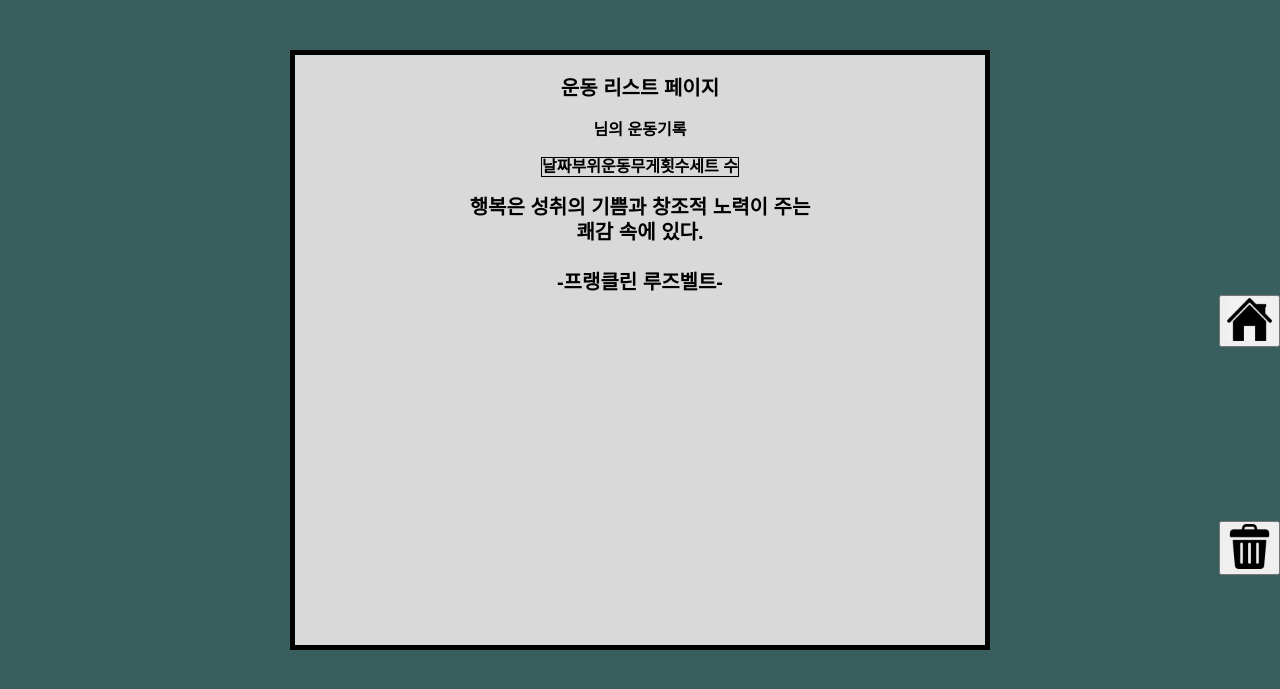
Repository: Up-Min/hrdkorea
Page: http://localhost/jsp_workout/wk_list.jsp
The author's editor kept a copy of each file at every save. The page is drawn from the files as they stood at one save, then again after the next save.
The browser window is 1280 px wide. The pictures show the whole page.
The page is served by Tomcat 9. Other server files are loaded and not shown. The template is opened directly, without the code that normally fills it, so the values that code supplies are empty.

Above is the page before, as saved 2022-12-31 06:49:03.

### jsp_workout/src/main/webapp/wk_list.jsp
<%@ page language="java" contentType="text/html; charset=UTF-8"
	pageEncoding="UTF-8"%>
<%@ taglib prefix="c" uri="http://java.sun.com/jsp/jstl/core"%>
<%@ page import="java.util.*"%>
<%@ page import="DTO.*"%>


<!DOCTYPE html>
<html style = "background-color: #385E5D;">
<head>
<meta charset="UTF-8">
<title>Insert title here</title>
<link rel="stylesheet" href="./css/style.css" />
</head>
<style>
.body{
	width: 700px;
	height: 600px;
	margin: 0 auto;
	background-color: #D9D9D9;
	color: black;
	text-align: center;
	border : 5px solid black;
}

.name{
	font-size: 20px;
	line-height: 30px;
}

table {
	border: 1px solid black;
	text-align: center;
	margin: 0 auto;
	padding : 3px;
}

table td{
	padding : 10px;
}

.change:hover{
	cursor: pointer;
}

.good{
	font-size: 20px;
	line-height: 25px;
}

.delete{
	position: absolute;
	right : 0;
	bottom: 75px;
}

.home{
	position: absolute;
	right : 0;

}

</style>


<body style = "background-color: #385E5D; margin-top : 50px; position: relative;" >
<div class="body">
	<form action="delete" method="post">
		<input type="hidden" name="work_num" value="${work_num}">
		<input type="hidden" name="user_id" value="${user_id}">
		<input type="hidden" name="user_pwd" value="${user_pwd}">
		<br>
		<p class = "name">운동 리스트 페이지</p>
		<br>
		<p>${user_id}님의 운동기록</p>
		<br>
		<table>
			<tr>
				<th>날짜</th>
				<th>부위</th>
				<th>운동</th>
				<th>무게</th>
				<th>횟수</th>
				<th>세트 수</th>
			</tr>
			<c:forEach items="${list}" var="w" varStatus="status">
				<!-- jstl쓰면 굳이 request쓸 필요 없다. (Board board : boardList) -->
				<tr>
					<td>${w.wk_date}</td>
					<td>${w.wk_part}</td>
					<td>${w.ex_name}</td>
					<td>${w.ex_weight}kg</td>
					<td>${w.ex_reps}회</td>
					<td>${w.ex_sets}세트</td>
					<td style="color : #385C92" class="change"
						onclick="location.href = 'edit?user_id=${user_id}&user_pwd=${user_pwd}&user_num=${user_num}&wk_no=${w.wk_number}&ex_num=${w.ex_number}'">
					운동수정</td>
				</tr>

			</c:forEach>
		</table>
		<br>

		<p class = "good">
			행복은 성취의 기쁨과 창조적 노력이 주는 <br> 쾌감 속에 있다. <br><br>
			<b> -프랭클린 루즈벨트- </b>
		</p>


		<button class = "delete" type="submit"> <img alt="삭제" src="./img/trash-can.png" width="45px"></button>
	</form>
		<button class = "home" onclick="location.href = 'signin?user_id=${user_id}&user_pwd=${user_pwd}'"> <img alt="home" src="./img/home.png" width="45px"> </button>
</div>

	<script type="text/javascript" src="./script.js"></script>
</body>


<%-- 	<table>
		<c:forEach items="${wklist0}" var="w" varStatus="status">
			<input type=hidden value="${w.wk_number}">
			<!-- jstl쓰면 굳이 request쓸 필요 없다. (Board board : boardList) -->
			<tr onclick = "location.href = 'wk_list.jsp?user_num=${num}&list_no=${w.wk_number}'">
				<td>${w.wk_date}</td>
				<td>${w.wk_number}</td>
				<td>${w.ex_number}</td>
				<td>${w.wk_part}</td>
				<td>${w.ex_name}</td>
				<td>${w.ex_weight}</td>
				<td>${w.ex_reps}</td>
				<td>${w.ex_sets}</td>
			</tr>
		</c:forEach>
	</table>

	<hr>
	<table>
		<c:forEach items="${wklist1}" var="w" varStatus="status">
			<input type=hidden value="${w.wk_number}">
			<!-- jstl쓰면 굳이 request쓸 필요 없다. (Board board : boardList) -->
			<tr>
				<td>${w.wk_date}</td>
				<td>${w.wk_number}</td>
				<td>${w.ex_number}</td>
				<td>${w.wk_part}</td>
				<td>${w.ex_name}</td>
				<td>${w.ex_weight}</td>
				<td>${w.ex_reps}</td>
				<td>${w.ex_sets}</td>
			</tr>
		</c:forEach>
	</table>
	<hr>
	<table>
		<c:forEach items="${wklist2}" var="w" varStatus="status">
			<input type=hidden value="${w.wk_number}">
			<!-- jstl쓰면 굳이 request쓸 필요 없다. (Board board : boardList) -->
			<tr>
				<td>${w.wk_date}</td>
				<td>${w.wk_number}</td>
				<td>${w.ex_number}</td>
				<td>${w.wk_part}</td>
				<td>${w.ex_name}</td>
				<td>${w.ex_weight}</td>
				<td>${w.ex_reps}</td>
				<td>${w.ex_sets}</td>
			</tr>
		</c:forEach>
	</table>
	<hr>
	<table>
		<c:forEach items="${wklist3}" var="w" varStatus="status">
			<input type=hidden value="${w.wk_number}">
			<!-- jstl쓰면 굳이 request쓸 필요 없다. (Board board : boardList) -->
			<tr>
				<td>${w.wk_date}</td>
				<td>${w.wk_number}</td>
				<td>${w.ex_number}</td>
				<td>${w.wk_part}</td>
				<td>${w.ex_name}</td>
				<td>${w.ex_weight}</td>
				<td>${w.ex_reps}</td>
				<td>${w.ex_sets}</td>
			</tr>
		</c:forEach>
	</table>
	<hr>
	<table>
		<c:forEach items="${wklist4}" var="w" varStatus="status">
			<input type=hidden value="${w.wk_number}">
			<!-- jstl쓰면 굳이 request쓸 필요 없다. (Board board : boardList) -->
			<tr>
				<td>${w.wk_date}</td>
				<td>${w.wk_number}</td>
				<td>${w.ex_number}</td>
				<td>${w.wk_part}</td>
				<td>${w.ex_name}</td>
				<td>${w.ex_weight}</td>
				<td>${w.ex_reps}</td>
				<td>${w.ex_sets}</td>
			</tr>
		</c:forEach>
	</table>
	<hr>
	<table>
		<c:forEach items="${wklist5}" var="w" varStatus="status">
			<input type=hidden value="${w.wk_number}">
			<!-- jstl쓰면 굳이 request쓸 필요 없다. (Board board : boardList) -->
			<tr>
				<td>${w.wk_date}</td>
				<td>${w.wk_number}</td>
				<td>${w.ex_number}</td>
				<td>${w.wk_part}</td>
				<td>${w.ex_name}</td>
				<td>${w.ex_weight}</td>
				<td>${w.ex_reps}</td>
				<td>${w.ex_sets}</td>
			</tr>
		</c:forEach>
	</table> --%>

</html>

### jsp_workout/src/main/webapp/css/style.css
@charset "UTF-8";
@import url('./reset.css');

* { box-sizing: border-box; }
.video-background {
  background: #000;
  position: fixed;
  top: 0; right: 0; bottom: 0; left: 0;
  z-index: -99;
}
.video-foreground,
.video-background iframe {
  position: absolute;
  top: 0;
  left: 0;
  width: 100%;
  height: 100%;
  pointer-events: none;
}
#vidtop-content {
    top: 0;
    color: #fff;
}
.vid-info { position: absolute; top: 0; right: 0; width: 33%; background: rgba(0,0,0,0.3); color: #fff; padding: 1rem; font-family: Avenir, Helvetica, sans-serif; }
.vid-info h1 { font-size: 2rem; font-weight: 700; margin-top: 0; line-height: 1.2; }
.vid-info a { display: block; color: #fff; text-decoration: none; background: rgba(0,0,0,0.5); transition: .6s background; border-bottom: none; margin: 1rem auto; text-align: center; }
@media all and (max-width: 600px) {
.vid-info { width: 50%; padding: .5rem; }
.vid-info h1 { margin-bottom: .2rem; }
}
@media all and (max-width: 500px) {
.vid-info .acronym { display: none; }
}

*,:after,:before{box-sizing:border-box}
.clearfix:after,.clearfix:before{content:'';display:table}
.clearfix:after{clear:both;display:block}
a{color:inherit;text-decoration:none}

.tab:hover{
	cursor: pointer;
}

.login-wrap{
  width:100%;
  margin:auto;
  max-width:525px;
  min-height:950px;
  position:relative;
  box-shadow:0 12px 15px 0 rgba(0,0,0,.24),0 17px 50px 0 rgba(0,0,0,.19);
}
.login-html{
  width:100%;
  height:100%;
  position:absolute;
  padding:90px 70px 50px 70px;
  background:rgba(40,57,101,.9);
}
.login-html .sign-in-htm,
.login-html .sign-up-htm{
  top:0;
  left:0;
  right:0;
  bottom:0;
  position:absolute;
  transform:rotateY(180deg);
  backface-visibility:hidden;
  transition:all .4s linear;
}
.login-html .sign-in,
.login-html .sign-up,
.login-form .group .check{
  display:none;
}
.login-html .tab,
.login-form .group .label,
.login-form .group .button{
  text-transform:uppercase;
}
.login-html .tab{
  font-size:22px;
  margin-right:15px;
  padding-bottom:5px;
  margin:0 15px 10px 0;
  display:inline-block;
  border-bottom:2px solid transparent;
}
.login-html .sign-in:checked + .tab,
.login-html .sign-up:checked + .tab{
  color:#fff;
  border-color:#1161ee;
}
.login-form{
  min-height:345px;
  position:relative;
  perspective:1000px;
  transform-style:preserve-3d;
}
.login-form .group{
  margin-bottom:15px;
}
.login-form .group .label,
.login-form .group .input,
.login-form .group .button{
  width:100%;
  color:#fff;
  display:block;
}
.login-form .group .input,
.login-form .group .button{
  border:none;
  padding:15px 20px;
  border-radius:25px;
  background:rgba(255,255,255,.1);
}
.login-form .group .button:hover{
	cursor: pointer;
}

.login-form .group input[data-type="password"]{
  text-security:circle;
  -webkit-text-security:circle;
}
.login-form .group .label{
  color:#aaa;
  font-size:12px;
}
.login-form .group .button{
  background:#1161ee;
}
.login-form .group label .icon{
  width:15px;
  height:15px;
  border-radius:2px;
  position:relative;
  display:inline-block;
  background:rgba(255,255,255,.1);
}
.login-form .group label .icon:before,
.login-form .group label .icon:after{
  content:'';
  width:10px;
  height:2px;
  background:#fff;
  position:absolute;
  transition:all .2s ease-in-out 0s;
}
.login-form .group label .icon:before{
  left:3px;
  width:5px;
  bottom:6px;
  transform:scale(0) rotate(0);
}
.login-form .group label .icon:after{
  top:6px;
  right:0;
  transform:scale(0) rotate(0);
}
.login-form .group .check:checked + label{
  color:#fff;
}
.login-form .group .check:checked + label .icon{
  background:#1161ee;
}
.login-form .group .check:checked + label .icon:before{
  transform:scale(1) rotate(45deg);
}
.login-form .group .check:checked + label .icon:after{
  transform:scale(1) rotate(-45deg);
}
.login-html .sign-in:checked + .tab + .sign-up + .tab + .login-form .sign-in-htm{
  transform:rotate(0);
}
.login-html .sign-up:checked + .tab + .login-form .sign-up-htm{
  transform:rotate(0);
}

body{
  margin:0;
  color:#6a6f8c;
  background:#c8c8c8;
  font:600 16px/18px 'Open Sans',sans-serif;
}

.all{
	top : 100px;
	width: 800px;

}

ul{
	list-style: none;
}

tr:hover{
	cursor: pointer;
}

.hr{
  height:2px;
  margin:60px 0 50px 0;
  background:rgba(255,255,255,.2);
}
.foot-lnk{
  text-align:center;
}

### jsp_workout/src/main/webapp/script.js

function signup() {
	let regex = new RegExp('[a-z0-9]+@[a-z]+\.[a-z]{2,3}');
	var f = document.signup_form;
	var p = f.user_pwd.value;
	var p1 = f.user_pwd1.value;
	var i = f.user_id.value;
	var e = f.user_email.value;

	if (i == '') {
		alert("아이디를 입력해 주십시오.");
		i.focus();
		return false;
	}
	if (p == '') {
		alert("비밀번호를 입력해 주십시오.");
		p.focus();
		return false;
	}
	if (p1 == '') {
		alert("비밀번호 확인을 입력해 주십시오.");
		p1.focus();
		return false;
	}
	if (e == '') {
		alert("이메일 주소를 입력해 주십시오.");
		e.focus();
		return false;
	}

	if (p != p1) {
		alert("비밀번호가 일치하지 않습니다. 다시 확인해주세요.");
		p.focus();
		return false;
	} else if (regex.test(e) == false) {
		alert("올바른 이메일 형식이 아닙니다. 다시 확인해주세요.");
		e.focus();
		return false;
	} else {
		alert("회원가입이 완료 되었습니다.");
		f.submit();
	}
}

/*function pwdchk(){
	var f = document.signup_form;
	var p = f.user_pwd.value;
	var p1 = f.user_pwd1.value;



	if(p != p1){
		alert("비밀번호가 일치하지 않습니다. 다시 확인해주세요.")
	}else if(p = p1){
		alert("비밀번호가 일치합니다!")
	}
}*/

function chkpwd2() {
	var f = document.signup_form;
	var p = f.user_pwd.value;
	var p1 = f.user_pwd1.value;
	var r1 = document.getElementById("label_pwd1");
	var r2 = document.getElementById("label_pwd2");

	r1.style.display = 'none';
	r2.style.display = 'none';

	if (p != p1) {
		r1.style.display = 'none';
		r2.style.display = 'block';
	} else if (p == p1) {
		r1.style.display = 'block';
		r2.style.display = 'none';
	}
}

function chkEmail() {
	let regex = new RegExp('[a-z0-9]+@[a-z]+\.[a-z]{2,3}');
	var f = document.signup_form;
	var e = f.user_email.value;
	var e2 = document.getElementById("label_email");
	var e3 = document.getElementById("label_email1");

	e2.style.display = 'none';
	e3.style.display = 'none';

	if (regex.test(e) == false) {
		e2.style.display = 'block';
	}else if (regex.test(e) == true){
		e2.style.display = 'none';
		e3.style.display = 'block';
	}
}


function insert() {
	alert("운동 기록이 완료 되었습니다.");
	submit();
}

function chk_delete() {
	const result = confirm("정말 삭제하시겠습니까?");
	if (result) {
		alert("삭제가 완료 되었습니다.");
		submit();
	}
	return false;
}

function chk_cancel(user_id, user_pwd) {
	var result = confirm("하시던 운동을 취소하시겠습니까?");
	if (result) {
		alert("초기 화면으로 돌아갑니다.");
		location.href = "/jsp_workout/signin?user_id=" + user_id + "&user_pwd=" + user_pwd;
	} else {
		return false;
	}
}

function update() {
	var f = document.editForm;
	var n = f.ex_name.value;
	var w = f.ex_weight.value;
	var r = f.ex_reps.value;
	var s = f.ex_sets.value;

	if (n == '') {
		alert("수정할 운동 이름을 입력해 주십시오.");
		n.focus();
		return false;
	}
	if (w == '') {
		alert("수정할 운동 무게를 입력해 주십시오.");
		w.focus();
		return false;
	}
	if (r == '') {
		alert("수정할 운동 횟수를 입력해 주십시오.");
		r.focus();
		return false;
	}
	if (s == '') {
		alert("수정할 운동 세트를 입력해 주십시오.");
		s.focus();
		return false;
	}

	alert("수정이 완료 되었습니다.");
	submit();
}


function logout() {
	alert("로그아웃이 완료 되었습니다!");
	location.href = "/jsp_workout/";
}

### jsp_workout/src/main/webapp/css/reset.css
/* 홈페이지 초기화 reset.css */

/* http://meyerweb.com/eric/tools/css/reset/
   v2.0 | 20110126
   License: none (public domain)
*/

html, body, div, span, applet, object, iframe,
h1, h2, h3, h4, h5, h6, p, blockquote, pre,
a, abbr, acronym, address, big, cite, code,
del, dfn, em, img, ins, kbd, q, s, samp,
small, strike, strong, sub, sup, tt, var,
b, u, i, center,
dl, dt, dd, ol, ul, li,
fieldset, form, label, legend,
table, caption, tbody, tfoot, thead, tr, th, td,
article, aside, canvas, details, embed,
figure, figcaption, footer, header, hgroup,
menu, nav, output, ruby, section, summary,
time, mark, audio, video {
	margin: 0;
	padding: 0;
	border: 0;
	font-size: 100%;
	font: inherit;
	vertical-align: baseline;
	font-family: 'Jua', sans-serif;
}
/* HTML5 display-role reset for older browsers */
article, aside, details, figcaption, figure,
footer, header, hgroup, menu, nav, section {
	display: block;
}
body {
	line-height: 1;
}
ol, ul {
	list-style: none;
}
blockquote, q {
	quotes: none;
}
blockquote:before, blockquote:after,
q:before, q:after {
	content: '';
	content: none;
}
table {
	border-collapse: collapse;
	border-spacing: 0;
}

/* 추가 */

a { text-decoration: none !important;
	color: black;
}

header, footer, section {
	box-sizing:border-box;
}

iframe { /* 영상때문에 쓰임. 영상 크기 맞춰둠. */
	width: 100%;
}

After the next save:
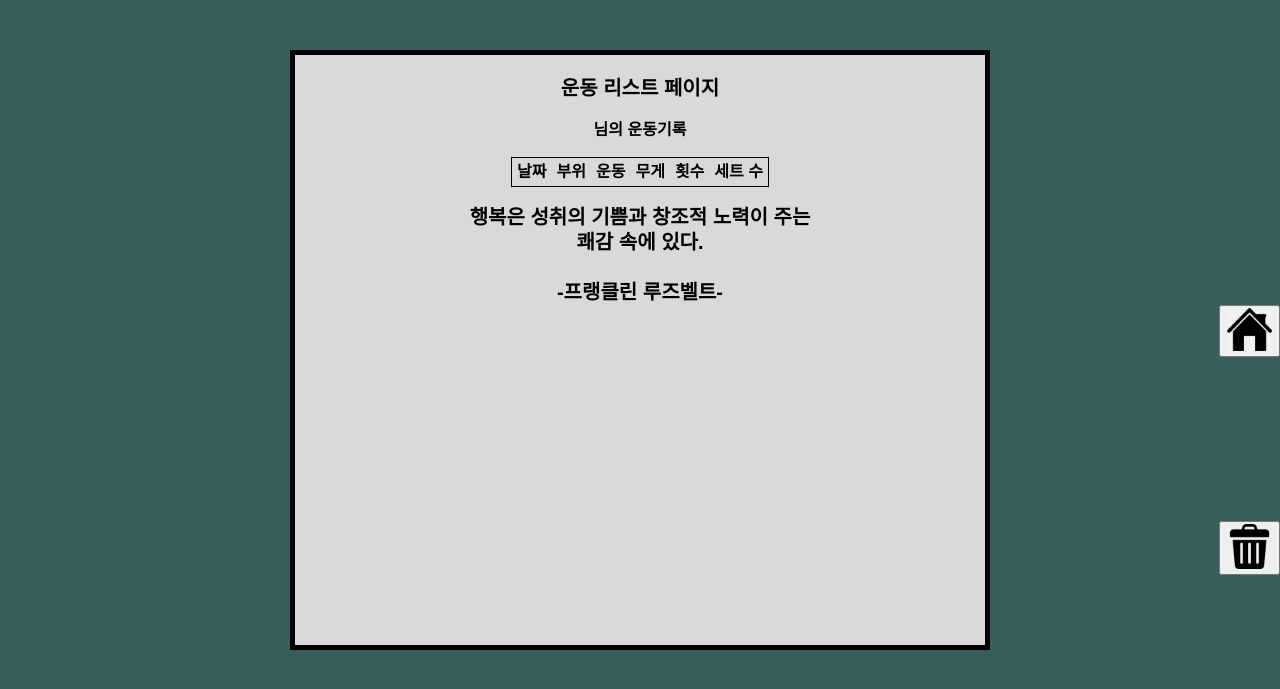
Saved 32 s later.
--- a/jsp_workout/src/main/webapp/wk_list.jsp
+++ b/jsp_workout/src/main/webapp/wk_list.jsp
@@ -34,6 +34,9 @@ table {
 	margin: 0 auto;
 	padding : 3px;
 }
+table th{
+	padding : 5px;
+}
 
 table td{
 	padding : 10px;
